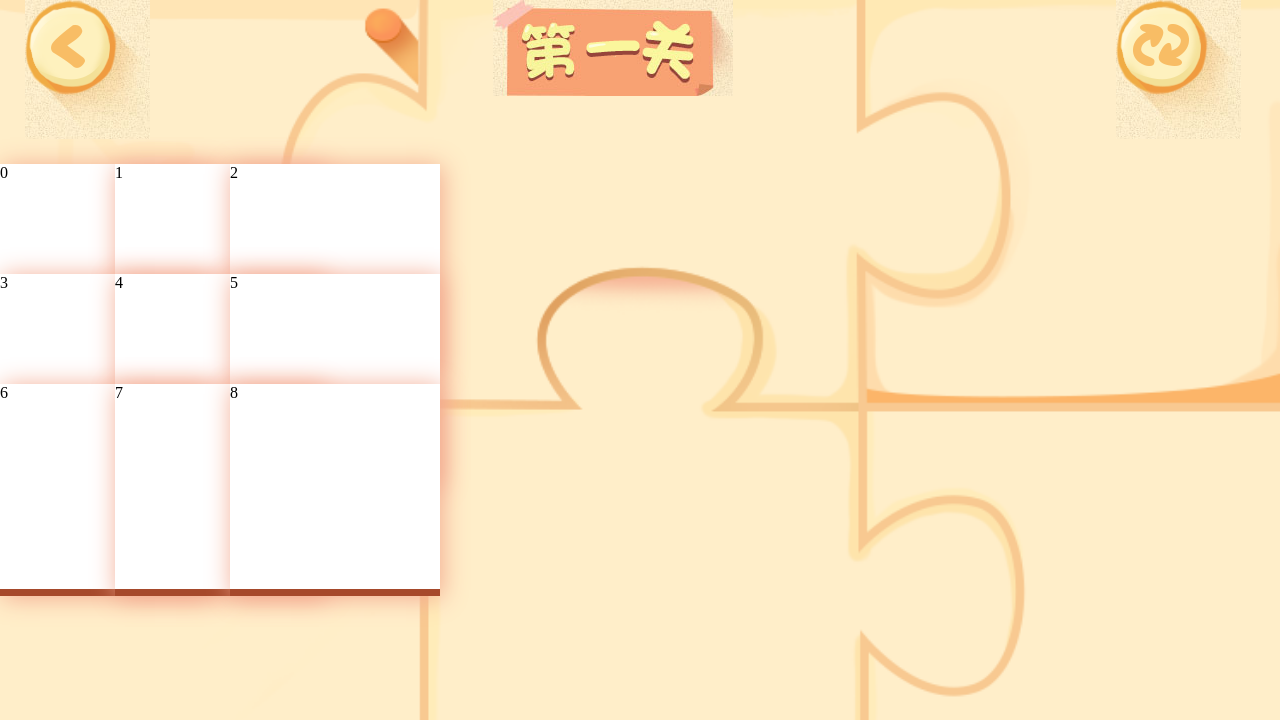
Repository: RedrockTeam/China-map-puzzle
Page: /#/second
These files come from the project's save history. The page is drawn as it stood at one moment and after the next save; the edit follows.
The browser window is 1280 px wide. The pictures show the whole page.
Some web fonts or font styles are not loaded; a fallback is used. The project was rebuilt for these pictures with package versions that can differ from the ones it lists, and the page was loaded fresh each time. Also part of the build but not shown: vue.config.js, src/network/request.js, src/views/home.vue, src/views/pass.vue, src/components/dialog.vue, src/views/first.vue, src/views/third.vue, src/views/forth.vue.

Above is the page before, as saved 2019-09-25 23:47:11.

### public/index.html
<!DOCTYPE html>
<html lang="en">

<head>
  <meta charset="utf-8">
  <meta http-equiv="X-UA-Compatible" content="IE=edge">
  <meta name="viewport" content="width=device-width,initial-scale=1.0">
  <link rel="icon" href="<%= BASE_URL %>favicon.ico">
  <title>puzzle-game</title>
</head>

<body>
  <noscript>
    <strong>We're sorry but my doesn't work properly without JavaScript enabled. Please enable it to continue.</strong>
  </noscript>
  <div id="app"></div>
  <!-- built files will be auto injected -->


 </body>
</html>

### src/main.js
import Vue from 'vue'
import App from './App.vue'
import router from './router'
import store from './store'
// import ApiService from './common/service/api'

import './assets/styles/common.css'
import './assets/font/font.css'

// Vue.config.productionTip = false

// ApiService.init()

new Vue({
  router,
  store,
  render: h => h(App)
}).$mount('#app')

### src/App.vue
<template>
  <div>
    <router-view></router-view>
  </div>
</template>

<script>
export default {
  name: 'App',
  data() {
    return {};
  }
};
</script>
<style>
</style>

### src/router/index.js
import Vue from 'vue'
import Router from 'vue-router'
import Home from '../views/home.vue'
import Result from '../views/result.vue'
import Pass from '../views/pass.vue'
import Button from '../components/dialog.vue'
import First from '../views/first.vue'
import Second from '../views/second.vue'
import Third from '../views/third.vue'
import Four from '../views/forth.vue'

Vue.use(Router)

export default new Router({
  routes: [{
    path: '/',
    redirect: '/home'
  },
  {
    path: '/home',
    name: 'home',
    component: Home,
  },
  {
    path: '/pass',
    name: 'pass',
    component: Pass,
  },
  {
    path: '/result',
    name: 'result',
    component: Result,
  },
  {
    path: '/button',
    name: 'button',
    component: Button,
  },
  {
    path: '/first',
    name: 'first',
    component: First
  },
  {
    path: '/second',
    name: 'second',
    component: Second
  },
  {
    path: '/third',
    name: 'third',
    component: Third
  },
  {
    path: '/four',
    name: 'four',
    component: Four
  }



  ]


})

### src/store/index.js
import Vue from 'vue'
import Vuex from 'vuex'
import result from './result'

Vue.use(Vuex)

export default new Vuex.Store({
  modules: {
    result

  }

})




// export default new Vuex.Store({
//   state: {
//     time: {
//       minute: 0,
//       second: 0,
//       millisecond: 0,
//       timecount: '00:00:00',
//     },
//   },
//   mutations: {
//     //开始
//     start() {
//       var that = this;
//       //停止（暂停）
//       clearInterval(time);
//       //时间重置
//       that.setData({
//         minute: 0,
//         second: 0,
//         millisecond: 0,
//       })
//       time = setInterval(function () {
//         that.timer()
//       }, 50);
//       time = () => {
//         that.timer()
//       }
//     },
//     //停止
//     stop() {
//       var that = this
//       clearInterval(intt);
//       that.setData({
//         minute: 0,
//         second: 0,
//         millisecond: 0,
//         timecount: '00:00:00',
//       })
//     },
//     timer() {
//       var that = this;
//       console.log(that.data.millisecond)
//       that.setData({
//         millisecond: that.data.millisecond + 5
//       })
//       if (that.data.millisecond >= 100) {
//         that.setData({
//           millisecond: 0,
//           second: that.data.second + 1
//         })
//       }
//       if (that.data.second >= 60) {
//         that.setData({
//           second: 0,
//           minute: that.data.minute + 1
//         })
//       }
//       that.setData({
//         timecount: that.data.minute + ":" + that.data.second + ":" + that.data.millisecond
//       })
//     },
//   },
//   actions: {
//     // time = setInterval(function () {
//     //   context.commit('time')
//     // }, 50)
//   }
// })

### src/assets/styles/common.css
/* global */
* {
    margin: 0;
    padding: 0;
}

html {
    overflow-y: scroll;
    overflow-x: hidden;

}

html,
body {
    width: 100%;
}

a {
    text-decoration: none;
    text-align: center;
    cursor: pointer;
    color: black;
    outline: none;
}

a:hover {
    text-decoration: underline;
}

ul,
ol {
    list-style: none;
}

.clear {
    clear: both;
}

### src/assets/font/font.css
@font-face {
    font-family: "Tanuki";
    font-weight: normal;
    font-style: normal;
    src: url('./Tanuki.ttf') format('truetype');
}

@font-face {
    font-family: "Cotton";
    font-weight: normal;
    font-style: normal;
    src: url('./cotton.ttf') format('truetype');
}

### src/views/result.vue
<template>
  <div class="bg">
    <div class="head">
      <div class="back" @click="toHome"></div>
      <div class="title"></div>
      <div class="front"></div>
    </div>

    <div class="contain">
      <div class="score">
        <div>
          <p>
            <span class="clock"></span>
            <span class="word">我的时间：</span>
          </p>
          <p>
            <i class="grade"></i>
            <span class="word">我的成绩：</span>
          </p>
        </div>
      </div>
      <div class="list">
        <p class="list_item first">
          <span class="icon"></span>
          <span class="nickname">这是我的昵称</span>
          <span class="time">10s</span>
        </p>
        <p class="list_item second">
          <span class="icon"></span>
          <span class="nickname">这是我的昵称</span>
          <span class="time">10s</span>
        </p>
        <p class="list_item third">
          <span class="icon"></span>
          <span class="nickname">这是我的昵称</span>
          <span class="time">10s</span>
        </p>
        <p class="list_item">
          <span class="normal">4</span>
          <span class="nickname">这是我的昵称</span>
          <span class="time">10s</span>
        </p>
        <p class="list_item">
          <span class="normal">4</span>
          <span class="nickname">这是我的昵称</span>
          <span class="time">10s</span>
        </p>
      </div>
    </div>
    <div class="line"></div>
  </div>
</template>

<style>
.bg {
  position: absolute;
  top: 0;
  left: 0;
  height: 100%;
  width: 100%;
  background: url("../assets/img/pass/background.png");
  background-size: cover;
}
.head {
  display: flex;
  margin-top: 60px;
  margin-left: 50px;
}

.back {
  background: url("../assets/img/ranking/back.png");
  width: 93px;
  height: 97px;
  background-size: cover;
  margin-right: 120px;
}
.title {
  background: url("../assets/img/ranking/ranking_title.png") no-repeat;
  width: 260px;
  height: 200px;
  background-size: 100%;
  margin-left: -40px;
}
.front {
  background: url("../assets/img/ranking/front.png");
  width: 93px;
  height: 97px;
  background-size: cover;
  margin-left: 80px;
}

.contain {
  width: 650px;
  height: 850px;
  background: #ffae72;
  margin: -15px auto 0;
}

.score {
  width: 617px;
  height: 206px;
  background: url("../assets/img/ranking/result.png");
  background-size: cover;
  padding-top: 40px;
}
.score div {
  margin-top: 20px;
  margin-left: 20px;
}

.word {
  letter-spacing: 5px;
}

.score p {
  color: #ffae72;
  font-weight: bold;
  font-size: 35px;
  padding-top: 20px;
  margin: 0 auto;
  width: 250px;
  margin-left: 50px;
  margin-top: 10px;
}

.clock,
.grade {
  width: 29px;
  height: 29px;
  display: inline-block;
  margin-right: 10px;
}
.clock {
  background: url("../assets/img/ranking/clock.png") no-repeat;
  background-size: cover;
}
.grade {
  background: url("../assets/img/ranking/list.png") no-repeat;
  background-size: cover;
}
.list {
  height: 520px;
  overflow: auto;
  margin-top: 20px;
}
::-webkit-scrollbar {
  display: none;
}
.list_item {
  background: url("../assets/img/ranking/box.png");
  width: 580px;
  height: 125px;
  background-size: cover;
  margin-left: 50px;
  display: flex;
}
.icon {
  display: inline-block;
  width: 81px;
  height: 82px;
  margin: 15px 35px;
}
.first .icon {
  background: url("../assets/img/ranking/first.png");
  background-size: cover;
}
.second .icon {
  background: url("../assets/img/ranking/second.png");
  background-size: cover;
}
.third .icon {
  background: url("../assets/img/ranking/third.png");
  background-size: cover;
}
.nickname {
  color: #ffae72;
  font-size: 35px;
  font-weight: bold;
  display: inline-block;
  margin-top: 30px;
  font-family: Tanuki;
}
.time,
.normal {
  margin-left: auto;
  margin-right: 80px;
  font-weight: bold;
  display: inline-block;
  margin-top: 20px;
  color: #ff7b5c;
  font-size: 50px;
}

.line {
  width: 570px;
  height: 36px;
  background: url("../assets/img/ranking/line.png");
  background-size: cover;
  margin-left: 100px;
  margin-top: -50px;
}
</style>

<script>
export default {
  methods: {
    toHome() {
      this.$router.push("/pass");
    }
  }
};
</script>

### src/views/second.vue
<template>
  <div class="game">
    <div class="header">
      <div class="back_shadow">
        <div class="back"></div>
      </div>
      <div class="title">
        <img src="../assets/img/game/one.png" />
      </div>
      <div class="refresh_shadow">
        <div class="refresh"></div>
      </div>
    </div>
    <div class="main" ref="main">
      <div
        :class="setClass(index)"
        ref="pic"
        :data-index="index"
        v-for="(value,index) of info"
        :key="index"
        :style="{
          left:value[0] + 'px',
          top:value[1] +'px'
      }"
      >{{index}}</div>
    </div>
    <div class="showpic_shadow">
      <div class="showpic">长按可看3s原图</div>
    </div>
  </div>
</template>

<script>
import { SET_SECOND } from "../store/type/mutations";
export default {
  data() {
    return {
      firstX: null,
      firstY: null,
      number: 0,
      time: 0,
      info: [
        [0, 0],
        [115, 0],
        [115 * 2, 0],
        [0, 110],
        [115, 110],
        [115 * 2, 110],
        [0, 110 * 2],
        [115, 110 * 2],
        [115 * 2, 110 * 2]
      ]
    };
  },
  mounted() {
    this.numRandom();
    this.moveImage();
  },

  methods: {
    setClass(index) {
      let obj = { piece: true };
      obj[`${index}`] = true;
      return obj;
    },
    moveImage() {
      let pics = this.$refs.main.children;
      let firstX, firstY, firstIndex, firstPic, secondPic;
      let number = this.number;
      let isSuccess = this.isSuccess;
      for (var i = 0; i < pics.length; i++) {
        pics[i].addEventListener("touchstart", function(e) {
          this.style.zIndex = 100;
          this.startX = this.offsetLeft;
          this.startY = this.offsetTop;
          this.style.transition = "none";
          if (number == 0) {
            firstX = this.startX;
            firstY = this.startY;
            firstIndex = this.getAttribute("data-index");
            firstPic = this;
            number += 1;
          } else if (number == 1) {
            this.startX = this.offsetLeft;
            this.startY = this.offsetTop;
            secondPic = this;
            firstPic.style.left = this.startX + "px";
            firstPic.style.top = this.startY + "px";
            firstPic.setAttribute(
              "data-index",
              this.getAttribute("data-index")
            );
            secondPic.style.left = firstX + "px";
            secondPic.style.top = firstY + "px";
            secondPic.setAttribute("data-index", firstIndex);
            number = 0;
            isSuccess();
          }
        });
      }
      return pics;
    },

    numRandom() {
      let pics = this.$refs.main.children;
      let arr = [];
      for (let i = 0; i < 5; i++) {
        //随机打乱
        let a = Math.floor(Math.random() * 9);
        let b = Math.floor(Math.random() * 9);
        if (a != b) {
          console.log(a, b);
          console.log(arr.indexOf(a), arr.indexOf(b));
          if (-1 !== arr.indexOf(a) && -1 !== arr.indexOf(b)) {
            arr.push(a);
            arr.push(b);
            console.log(arr);
            this.$options.methods.change(a, b, pics);
          }
        }
      }
    },
    change(a, b, pics) {
      let aEle = pics[a];
      let bEle = pics[b];

      let _left;
      _left = aEle.offsetLeft;
      aEle.style.left = bEle.offsetLeft + "px";
      bEle.style.left = _left + "px";

      let _top;
      _top = aEle.offsetTop;
      aEle.style.top = bEle.offsetTop + "px";
      bEle.style.top = _top + "px";

      let _index;
      _index = aEle.getAttribute("data-index");
      aEle.setAttribute("data-index", bEle.getAttribute("data-index"));
      bEle.setAttribute("data-index", _index);
    },

    isSuccess() {
      let pics = this.$refs.main.children;
      let str = "";
      for (var i = 0; i < pics.length; i++) {
        str += pics[i].getAttribute("data-index");
      }
      if (str == "012345678") {
        this.$router.push("/result?pass=2");
        this.$store.commit(SET_SECOND);

        return true;
      }
      return false;
    }
  }
};
</script>
<style lang="scss" scoped>
.game {
  position: absolute;
  top: 0;
  left: 0;
  height: 100%;
  width: 100%;
  background: url("../assets/img/pass/background.png");
  background-size: cover;
  overflow: hidden;
  .header {
    width: 95%;
    height: 140px;
    margin: 0 auto 24px 25px;
    display: inline-flex;
    justify-content: space-between;
    .back_shadow {
      width: 125px;
      height: 139px;
      background-image: url("../assets/img/common/btn_sbg.jpg");
      background-repeat: no-repeat;
      background-position: 0% 0%;
      background-size: contain;
      .back {
        width: 92px;
        height: 95px;
        background-image: url("../assets/img/common/back.png");
        background-repeat: no-repeat;
        background-position: 0% 0%;
        background-size: contain;
      }
    }
    .title {
      width: 240px;
      height: 96px;
      background-image: url("../assets/img/game/title_bg.jpg");
      background-repeat: no-repeat;
      background-position: 0% 0%;
      background-size: contain;
      display: flex;
      justify-content: center;
      align-items: center;
      img {
        width: 54px;
        height: 17px;
      }
    }
    .refresh_shadow {
      width: 125px;
      height: 139px;
      background-image: url("../assets/img/common/btn_sbg.jpg");
      background-repeat: no-repeat;
      background-position: 0% 0%;
      background-size: contain;
      .refresh {
        width: 92px;
        height: 95px;
        background-image: url("../assets/img/common/refresh.png");
        background-repeat: no-repeat;
        background-position: 0% 0%;
        background-size: contain;
      }
    }
  }
  .main {
    width: 750px;
    height: 700px;
    position: relative;
    padding: 26px;

    .piece {
      width: 210px;
      height: 205px;
      box-shadow: 2px 2px 24px #f3a98f;
      border-bottom: 7px solid #a6492b;
      background: url("../assets/img/button/map.jpg") no-repeat;
      transition: all 0.5s ease 0s;
      position: absolute;
    }

    .chosen {
      border-bottom: 7px solid #da8f43;
    }
  }
  .showpic_shadow {
    width: 560px;
    height: 173px;
    margin: 60px auto auto 154px;
    background-image: url("../assets/img/game/showpic_sbg.jpg");
    background-repeat: no-repeat;
    background-position: 0% 0%;
    background-size: contain;

    .showpic {
      width: 458px;
      height: 107px;
      background-image: url("../assets/img/game/showpic_bg.png");
      background-repeat: no-repeat;
      background-position: 0% 0%;
      background-size: contain;
      text-align: center;
      line-height: 107px;
      font-family: "Cotton";
      font-size: 50px;
      color: #fffcad;
    }
  }
}
</style>

### src/store/result.js
import {
    SET_FIRST,
    SET_SECOND,
    SET_THIRD,
    SET_FOURTH
} from './type/mutations'

import {
    FETCH_FIRST,
    FETCH_SECOND,
    FETCH_THIRD,
    FETCH_FOURTH

} from './type/actions'

import {
    ResultService,

} from '../common/service/api.js'



const initialState = {
    first: 'unlock',
    second: 'lock',
    third: 'lock',
    forth: 'lock'

}

const state = { ...initialState }

const mutations = {

    [SET_FIRST](state) {
        state.first = 'success',
            state.second = 'unlock',
            console.log('yiguan')

    },
    [SET_SECOND](state) {
        state.second = 'success',
            state.third = 'unlock'
        console.log('erguan')

    },
    [SET_THIRD](state) {
        state.third = 'success',
            state.forth = 'unlock'
        console.log('sanguan')

    },
    [SET_FOURTH](state) {
        state.forth = 'success'
        console.log('forthguan')


    }


}






const getters = {


}



export default {
    state,
    mutations,
    getters
}

### src/store/type/mutations.js
export const SET_FIRST = 'setFirst'
export const SET_SECOND = 'setSecond'
export const SET_THIRD = 'setThird'
export const SET_FOURTH = 'setForth'

### src/store/type/actions.js
export const FETCH_FIRST = 'fetchFirst'
export const FETCH_SECOND = 'fetchSecond'
export const FETCH_THIRD = 'fetchThird'
export const FETCH_FOURTH = 'fetchForth'

### src/common/service/api.js
import Vue from "vue";
import axios from "axios";
import VueAxios from "vue-axios";
// import JwtService from "@/common/service/jwt";
// import { API_URL } from "@/common/config";

const ApiService = {
    init() {
        Vue.use(VueAxios, axios)
        // Vue.axios.defaults.baseURL = API_URL
        this.setHeader()
        this.setFormat()
    },

    // setHeader() {
    //     Vue.axios.defaults.headers.common[
    //         "Authorization"
    //     ] = `Token ${JwtService.getToken()}`;
    // },
    setFormat() {
        Vue.axios.defaults.headers.post[
            'Content-Type'
        ] = 'application/x-www-form-urlencoded'
    },

    get(resource) {
        return Vue.axios.get(resource).catch(error => {
            throw new Error(`[RWV] ApiService ${error}`);
        });
    },

    post(resource, params) {
        return Vue.axios.post(`${resource}`, params);
    },

    patch(resource, params) {
        return Vue.axios.patch(resource, params);
    },

    put(resource, params) {
        return Vue.axios.put(resource, params);
    },

    delete(resource) {
        return Vue.axios.delete(resource).catch(error => {
            throw new Error(`[RWV] ApiService ${error}`);
        });
    }
};

export default ApiService;

export const ResultService = {
    getFirstAnswer(params) {
        return ApiService.post(`answer`, params)
    },

    getOldAnswer() {
        return ApiService.post(`answered`)
    }
}

After the next save:
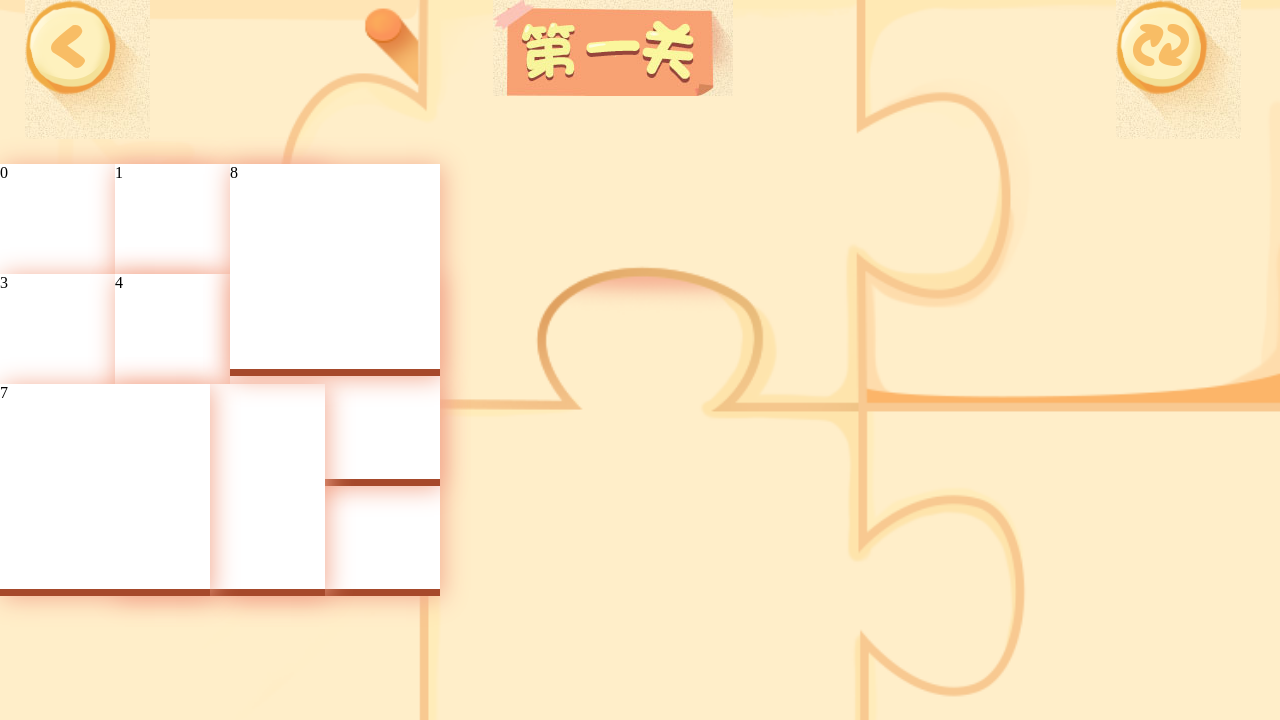
Saved 38 s later.
--- a/src/views/second.vue
+++ b/src/views/second.vue
@@ -111,7 +111,7 @@
         if (a != b) {
           console.log(a, b);
           console.log(arr.indexOf(a), arr.indexOf(b));
-          if (-1 !== arr.indexOf(a) && -1 !== arr.indexOf(b)) {
+          if (-1 == arr.indexOf(a) && -1 == arr.indexOf(b)) {
             arr.push(a);
             arr.push(b);
             console.log(arr);
